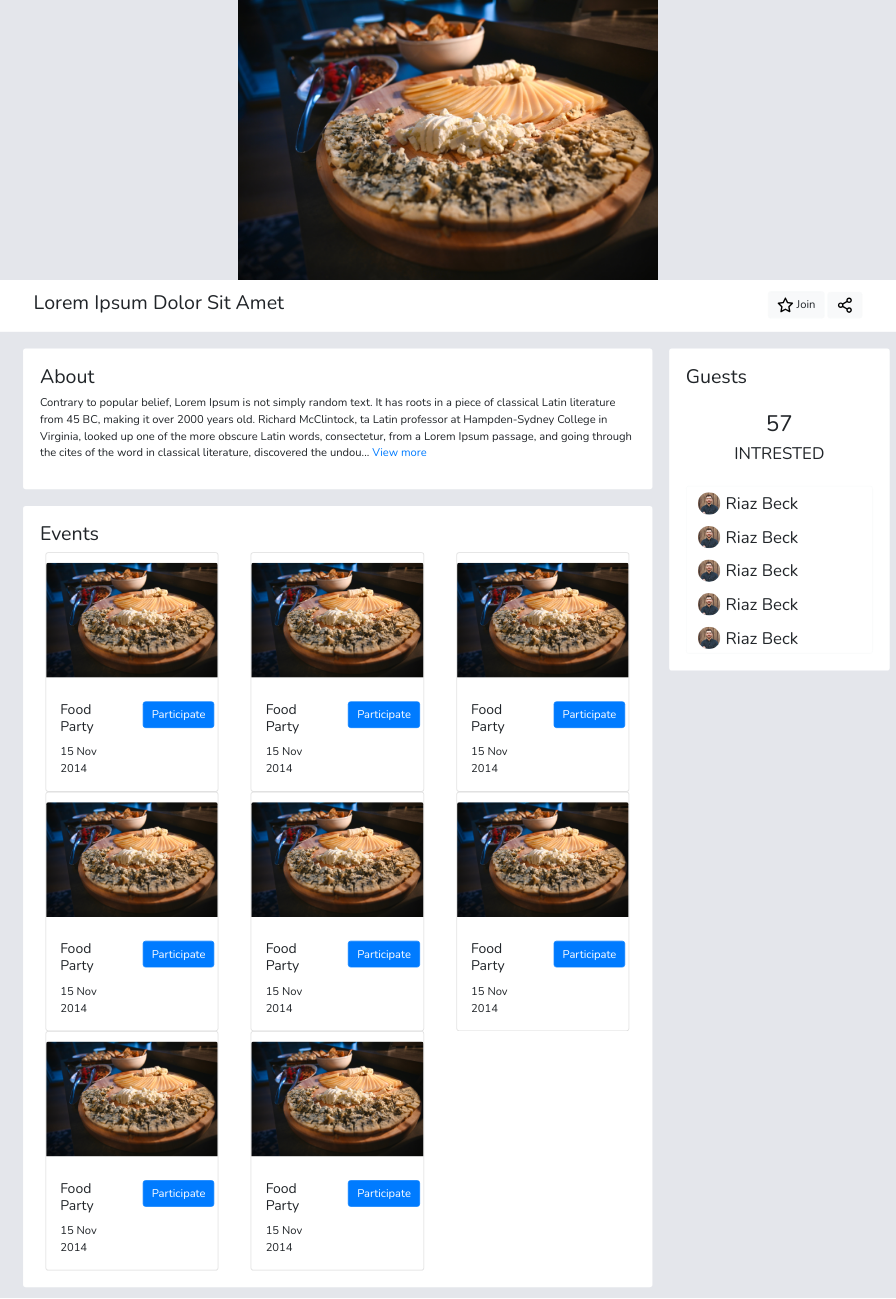
Repository: iamrachid/ensaevents
Page: club.html
An editor plug-in stored every save of this project. The page is shown before and after the next save, followed by the edit.
The browser window is 1280 px wide. The pictures show the whole page, at 70% of full size.

Above is the page before, as saved 2021-11-25 19:32:50.

### club.html
<html>

<head>
    <meta charset="UTF-8">
    <meta http-equiv="X-UA-Compatible" content="IE=edge">
    <meta name="viewport" content="width=device-width, initial-scale=1.0">
    <title>Document</title>
    <link rel="stylesheet" href="css/bootstrap.css">
    <link rel="stylesheet" href="css/style.css">
    <!-- Link Swiper's CSS -->
    <link rel="stylesheet" href="https://unpkg.com/swiper/swiper-bundle.min.css" />

    <link rel="preconnect" href="https://fonts.googleapis.com">
    <link rel="preconnect" href="https://fonts.gstatic.com" crossorigin>
    <link
        href="https://fonts.googleapis.com/css2?family=Nunito:ital,wght@0,200;0,300;0,400;0,600;0,700;0,800;0,900;1,200;1,300;1,400;1,600;1,700;1,800;1,900&display=swap"
        rel="stylesheet">
</head>

<body class="w-100">

    <div class="text-center bg-main d-flex justify-content-center">
        <img src="assets/img/card-1.jpg" class="cover-img">
    </div>
    <div class="py-3 px-md-5 px-3">
        <div class="row">
            <div class="col-md-8 col-12">
                <h3>Lorem Ipsum Dolor Sit Amet</h3>
            </div>
            <div class="col-md-4 col-12 d-flex justify-content-start justify-content-md-end">
                <div class="">

                    <button class="btn btn-light ">
                        <svg class="btn-icon">
                            <use xlink:href="assets/img/icons.svg#icon-star"></use>
                        </svg>
                        Join</button>
                    <button class="btn btn-light">
                        <svg class="btn-icon">
                            <use xlink:href="assets/img/icons.svg#icon-share-2"></use>
                        </svg>
                    </button>
                </div>
            </div>
        </div>
    </div>

    <div class="px-md-4 p-0 pb-3 bg-main">
        <div class="row">
            <div class="col-md-8 col-lg-9 col-12 px-4 px-md-3 px-lg-4">
                <div class="bg-white mt-4 p-4 rounded">
                    <h3>About</h3>
                    <!-- <div class="d-flex">
                        <svg class="detail-icon mr-2 mb-2">
                            <use xlink:href="assets/img/icons.svg#icon-users"></use>
                        </svg>
                        <span>69 people responded</span>
                    </div>
                    <div class="d-flex">
                        <svg class="detail-icon mr-2  mb-2">
                            <use xlink:href="assets/img/icons.svg#icon-user"></use>
                        </svg>
                        <span>Event By <strong>Club Social</strong></span>
                    </div>
                    <div class="d-flex">
                        <svg class="detail-icon mr-2 mb-2">
                            <use xlink:href="assets/img/icons.svg#icon-public"></use>
                        </svg>
                        <span>Public · Anyone can attend this event</span>
                    </div> -->
                    <p>
                        <span>
                            Contrary to popular belief, Lorem Ipsum is not simply random text. It has roots in a piece
                            of
                            classical
                            Latin literature from 45 BC, making it over 2000 years old. Richard McClintock, ta Latin
                            professor
                            at
                            Hampden-Sydney College in Virginia, looked up one of the more obscure Latin words,
                            consectetur,
                            from
                            a
                            Lorem Ipsum passage, and going through the cites of the word in classical literature,
                            discovered
                            the
                            undou</span><span class="collapse  multi-collapse show fast" id="dots">...</span>
                        <span class="collapse  multi-collapse fast" id="more-text">btable source. Lorem Ipsum comes from
                            sections
                            1.10.32 and 1.10.33 of "de Finibus Bonorum et
                            Malorum" (The Extremes of Good and Evil) by Cicero, written in 45 BC. This book is a
                            treatise on
                            the
                            theory of ethics, very popular during the Renaissance. The first line of Lorem Ipsum, "Lorem
                            ipsum
                            dolor
                            sit amet..", comes from a line in section 1.10.32.
                        </span>

                        <a class="collapse  multi-collapse fast" type="button" id="less" data-toggle="collapse"
                            data-target=".multi-collapse" aria-expanded="false"
                            aria-controls="dots more less more-text">View less</a>
                        <a class="collapse show  multi-collapse fast" type="button" id="more" data-toggle="collapse"
                            data-target=".multi-collapse" aria-expanded="false"
                            aria-controls="dots more less more-text">View more</a>
                    </p>
                </div>
                <div class="bg-white mt-4 p-4 rounded">
                    <h3>Events</h3>
                    <div class="row">
                        <div class="col-12 col-sm-6 col-xl-4 col-lg-6 col-md-12"">
                            <div class=" card rounded mx-0 mx-sm-1 mx-md-2">
                            <div class="card-img-box">
                                <img class="card-img-top" src="assets/img/card-1.jpg" alt="Card image cap">
                            </div>
                            <div class="card-body row">
                                <div class="col-6">
                                    <h5 class="card-title">Food Party</h5>
                                    <p class="card-text">15 Nov 2014</p>
                                </div>
                                <div class="col-6 text-right">
                                    <a href="#" class="btn btn-primary">Participate</a>
                                </div>
                            </div>
                        </div>
                    </div>
                    <div class="col-12 col-sm-6 col-xl-4 col-lg-6 col-md-12"">
                            <div class=" card rounded mx-0 mx-sm-1 mx-md-2">
                        <div class="card-img-box">
                            <img class="card-img-top" src="assets/img/card-1.jpg" alt="Card image cap">
                        </div>
                        <div class="card-body row">
                            <div class="col-6">
                                <h5 class="card-title">Food Party</h5>
                                <p class="card-text">15 Nov 2014</p>
                            </div>
                            <div class="col-6 text-right">
                                <a href="#" class="btn btn-primary">Participate</a>
                            </div>
                        </div>
                    </div>
                </div>
                <div class="col-12 col-sm-6 col-xl-4 col-lg-6 col-md-12"">
                            <div class=" card rounded mx-0 mx-sm-1 mx-md-2">
                    <div class="card-img-box">
                        <img class="card-img-top" src="assets/img/card-1.jpg" alt="Card image cap">
                    </div>
                    <div class="card-body row">
                        <div class="col-6">
                            <h5 class="card-title">Food Party</h5>
                            <p class="card-text">15 Nov 2014</p>
                        </div>
                        <div class="col-6 text-right">
                            <a href="#" class="btn btn-primary">Participate</a>
                        </div>
                    </div>
                </div>
            </div>
            <div class="col-12 col-sm-6 col-xl-4 col-lg-6 col-md-12"">
                            <div class=" card rounded mx-0 mx-sm-1 mx-md-2">
                <div class="card-img-box">
                    <img class="card-img-top" src="assets/img/card-1.jpg" alt="Card image cap">
                </div>
                <div class="card-body row">
                    <div class="col-6">
                        <h5 class="card-title">Food Party</h5>
                        <p class="card-text">15 Nov 2014</p>
                    </div>
                    <div class="col-6 text-right">
                        <a href="#" class="btn btn-primary">Participate</a>
                    </div>
                </div>
            </div>
        </div>
        <div class="col-12 col-sm-6 col-xl-4 col-lg-6 col-md-12"">
                            <div class=" card rounded mx-0 mx-sm-1 mx-md-2">
            <div class="card-img-box">
                <img class="card-img-top" src="assets/img/card-1.jpg" alt="Card image cap">
            </div>
            <div class="card-body row">
                <div class="col-6">
                    <h5 class="card-title">Food Party</h5>
                    <p class="card-text">15 Nov 2014</p>
                </div>
                <div class="col-6 text-right">
                    <a href="#" class="btn btn-primary">Participate</a>
                </div>
            </div>
        </div>
    </div>
    <div class="col-12 col-sm-6 col-xl-4 col-lg-6 col-md-12"">
                            <div class=" card rounded mx-0 mx-sm-1 mx-md-2">
        <div class="card-img-box">
            <img class="card-img-top" src="assets/img/card-1.jpg" alt="Card image cap">
        </div>
        <div class="card-body row">
            <div class="col-6">
                <h5 class="card-title">Food Party</h5>
                <p class="card-text">15 Nov 2014</p>
            </div>
            <div class="col-6 text-right">
                <a href="#" class="btn btn-primary">Participate</a>
            </div>
        </div>
    </div>
    </div>
    <div class="col-12 col-sm-6 col-xl-4 col-lg-6 col-md-12"">
                            <div class=" card rounded mx-0 mx-sm-1 mx-md-2">
        <div class="card-img-box">
            <img class="card-img-top" src="assets/img/card-1.jpg" alt="Card image cap">
        </div>
        <div class="card-body row">
            <div class="col-6">
                <h5 class="card-title">Food Party</h5>
                <p class="card-text">15 Nov 2014</p>
            </div>
            <div class="col-6 text-right">
                <a href="#" class="btn btn-primary">Participate</a>
            </div>
        </div>
    </div>
    </div>
    <div class="col-12 col-sm-6 col-xl-4 col-lg-6 col-md-12"">
                            <div class=" card rounded mx-0 mx-sm-1 mx-md-2">
        <div class="card-img-box">
            <img class="card-img-top" src="assets/img/card-1.jpg" alt="Card image cap">
        </div>
        <div class="card-body row">
            <div class="col-6">
                <h5 class="card-title">Food Party</h5>
                <p class="card-text">15 Nov 2014</p>
            </div>
            <div class="col-6 text-right">
                <a href="#" class="btn btn-primary">Participate</a>
            </div>
        </div>
    </div>
    </div>

    </div>
    </div>
    </div>
    <div class=" px-4 px-md-0 py-4 col-md-4 col-lg-3  col-sm-12 ">
        <div class="bg-white  p-4 rounded">
            <h3>Guests</h3>
            <div class="d-flex  justify-content-center py-4">
                <div class="d-flex flex-column align-items-center">
                    <h2 cla>57</h2>
                    <h4 class="text-uppercase">Intrested</h4>
                </div>

            </div>
            <div class="overflow-auto border-light border rounded users px-2">
                <div class="user d-flex align-items-center">
                    <img class="user-img m-2" src="assets/img/user.png" />
                    <span class="user-name">Riaz Beck</span>
                </div>
                <div class="user d-flex align-items-center">
                    <img class="user-img m-2" src="assets/img/user.png" />
                    <span class="user-name">Riaz Beck</span>
                </div>
                <div class="user d-flex align-items-center">
                    <img class="user-img m-2" src="assets/img/user.png" />
                    <span class="user-name">Riaz Beck</span>
                </div>
                <div class="user d-flex align-items-center">
                    <img class="user-img m-2" src="assets/img/user.png" />
                    <span class="user-name">Riaz Beck</span>
                </div>
                <div class="user d-flex align-items-center">
                    <img class="user-img m-2" src="assets/img/user.png" />
                    <span class="user-name">Riaz Beck</span>
                </div>
                <div class="user d-flex align-items-center">
                    <img class="user-img m-2" src="assets/img/user.png" />
                    <span class="user-name">Riaz Beck</span>
                </div>
                <div class="user d-flex align-items-center">
                    <img class="user-img m-2" src="assets/img/user.png" />
                    <span class="user-name">Riaz Beck</span>
                </div>
                <div class="user d-flex align-items-center">
                    <img class="user-img m-2" src="assets/img/user.png" />
                    <span class="user-name">Riaz Beck</span>
                </div>
                <div class="user d-flex align-items-center">
                    <img class="user-img m-2" src="assets/img/user.png" />
                    <span class="user-name">Riaz Beck</span>
                </div>
                <div class="user d-flex align-items-center">
                    <img class="user-img m-2" src="assets/img/user.png" />
                    <span class="user-name">Riaz Beck</span>
                </div>
            </div>
        </div>
    </div>
    </div>
    <script src="js/jquery-3.6.0.js">
    </script>
    <!-- Bootstrap -->
    <script src="js/bootstrap.js"></script>
    <!-- Swiper JS -->
    <script src="js/swiper-bundle.min.js"></script>

    <!-- Main script -->
    <script src="js/script.js"></script>

</body>

</html>

### css/style.css
@font-face {
    font-family: Forever;
    src: url(../font/Foreverbrushscript-GwZy.otf);
  }

html, body{
    font-family: "Nunito";
    font-weight: 400;
    width: 100%;
}
.hero {
    background: linear-gradient(45deg, rgba(173,225,255,1) 0%, rgba(186,175,255,1) 40%, rgba(175,255,182,1) 74%, rgba(175,255,182,1) 100%);
}
.btn-header {
    font-size: 1rem;
}

.heading-title {
    font-size: 5rem;
    font-weight: 800;
}
@media only screen and (max-width: 768px) {
    .heading-title {
        font-size: 4rem;
    }

    .padding-smallSize {
        padding: .5rem;
    }
}

.heading-title_white {
    color: #fafafa;
}
.heading-subtitle {
    color: #fafafa;
    letter-spacing: .2cm;
}
.search-bar {
    padding: .51rem 0.5rem;
    background-color: white;
    left: 50%;
    transform: translate(-50%,-50%);
    border-radius: 30px;
}

.search-btn {
    background-color: #b2d0ff;
    color: #fafafa;
    font-weight: 600;
}

.card-img-box {
    height: 12rem;
    overflow: hidden;
    display: flex;
    justify-content: center;
    align-items: center;
}

.forever {
    font-family: Forever;
    font-size:2rem
}

.bg-color-blue {
    background-color:#b2d0ff;
}

.gradient {
    background:linear-gradient(to right,rgba(149, 133, 255,1) 0%, rgba(186,175,255,1)  100%);
}

.menu-icon {
    width: 1.2rem;
    height: 1.2rem;
    fill: #fff;
}

.menu-active {
    border-left: 5px solid #fff;
}

.side-nav-link, .side-nav-link:hover {
    color: #fff;
}

.side-nav-item.active:hover {
    padding-right:5px;
}

.side-nav-item {
    transition: all  0.3s;
}

.side-nav-item:hover, .side-nav-item.active {
    border-left: 5px solid #fff;
    transition: all 0.3s;
}

.btn-purple {
    color: #fff;
    background-color: rgba(149, 133, 255,1);
    border-color: rgba(149, 133, 255,1);
}

.btn-purple:hover {
    color: #fff;
    background-color: rgba(186,175,255,1);
    border-color: rgba(186,175,255,1);
}

.detail-icon {
    height: 1.5rem;
    width: 1.5rem;
}

.users {
    height: 15rem;
}

.user-name {
    font-size:1.5rem;
}

.user-img {
    height: 2rem;
    width: 2rem;
    border-radius:50%;
}

.btn-icon {
    height: 1.5rem;
    width: 1.5rem;
}

.fast {
    transition: all 0s;
}

.bg-main {
    background-color: #e4e6eb !important;
}

.cover-img {
    width: 100%;
    max-width: 600px;
}

/* Reviews */

.rating-icon {
    fill: #FBC02D;
    height: 1rem;
    width: 1rem;
}

.review-card {
    border-radius: 5px;
    background-color: #fff;
    background-color: #fafafa;
    padding-left: 60px;
    padding-right: 60px;
    margin-top: 30px;
    padding-top: 30px;
    padding-bottom: 30px
}

.rating-box {
    width: 130px;
    height: 130px;
    margin-right: auto;
    margin-left: auto;
    background-color: #FBC02D;
    color: #fff
}

.rating-label {
    font-weight: bold
}

.rating-bar {
    width: 300px;
    padding: 8px;
    border-radius: 5px
}

.bar-container {
    width: 100%;
    background-color: #f1f1f1;
    text-align: center;
    color: white;
    border-radius: 20px;
    cursor: pointer;
    margin-bottom: 5px
}

.bar-5 {
    width: 70%;
    height: 13px;
    background-color: #FBC02D;
    border-radius: 20px
}

.bar-4 {
    width: 30%;
    height: 13px;
    background-color: #FBC02D;
    border-radius: 20px
}

.bar-3 {
    width: 20%;
    height: 13px;
    background-color: #FBC02D;
    border-radius: 20px
}

.bar-2 {
    width: 10%;
    height: 13px;
    background-color: #FBC02D;
    border-radius: 20px
}

.bar-1 {
    width: 0%;
    height: 13px;
    background-color: #FBC02D;
    border-radius: 20px
}


.star-active {
    color: #FBC02D;
    margin-top: 10px;
    margin-bottom: 10px
}

.star-active:hover {
    color: #F9A825;
    cursor: pointer
}

.star-inactive {
    color: #CFD8DC;
    margin-top: 10px;
    margin-bottom: 10px
}

.blue-text {
    color: #0091EA
}

.content {
    font-size: 18px
}

.profile-pic {
    width: 90px;
    height: 90px;
    border-radius: 100%;
    margin-right: 30px
}

.pic {
    width: 80px;
    height: 80px;
    margin-right: 10px
}

### js/script.js
var swiper = new Swiper(".events", {
    pagination: {
      el: ".swiper-pagination",
      clickable: true,
    }
    ,
    breakpoints: {
      640: {
        slidesPerView: 1,
        spaceBetween: 20,
      },
      768: {
        slidesPerView: 2,
        spaceBetween: 40,
      },
      1024: {
        slidesPerView: 3,
        spaceBetween: 50,
      },
    },

  })

  var swiper = new Swiper(".clubs", {
    spaceBetween: 10,
    autoplay: {
      delay: 3000,
      // TODO: this should be false
      disableOnInteraction: false,
    },
    pagination: {
      el: ".swiper-pagination",
      clickable: true,
    },
    navigation: {
      nextEl: ".swiper-button-next",
      prevEl: ".swiper-button-prev",
    },
    breakpoints: {
      640: {
        slidesPerView: 2,
        spaceBetween: 20,
      },
      768: {
        slidesPerView: 3,
        spaceBetween: 40,
      },
      1024: {
        slidesPerView: 5,
        spaceBetween: 50,
      },
    }
  });;

Loaded but not shown: css/bootstrap.css (library); js/jquery-3.6.0.js (library); js/bootstrap.js (library); js/swiper-bundle.min.js (library)

After the next save:
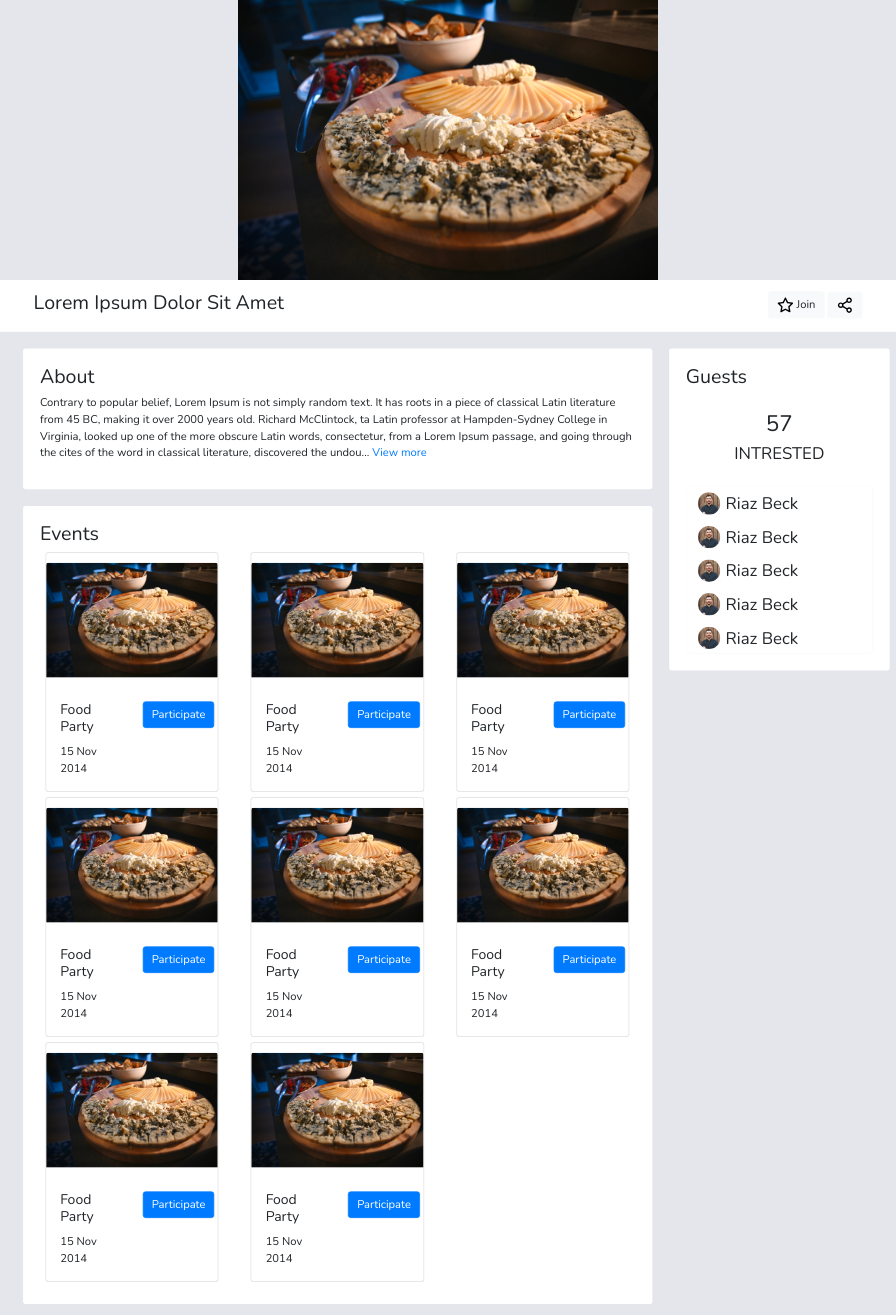
Saved 54 s later.
--- a/club.html
+++ b/club.html
@@ -108,7 +108,7 @@
                     <h3>Events</h3>
                     <div class="row">
                         <div class="col-12 col-sm-6 col-xl-4 col-lg-6 col-md-12"">
-                            <div class=" card rounded mx-0 mx-sm-1 mx-md-2">
+                            <div class=" card rounded mx-0 mx-sm-1 mx-md-2 mb-2">
                             <div class="card-img-box">
                                 <img class="card-img-top" src="assets/img/card-1.jpg" alt="Card image cap">
                             </div>
@@ -124,7 +124,7 @@
                         </div>
                     </div>
                     <div class="col-12 col-sm-6 col-xl-4 col-lg-6 col-md-12"">
-                            <div class=" card rounded mx-0 mx-sm-1 mx-md-2">
+                            <div class=" card rounded mx-0 mx-sm-1 mx-md-2 mb-2">
                         <div class="card-img-box">
                             <img class="card-img-top" src="assets/img/card-1.jpg" alt="Card image cap">
                         </div>
@@ -140,7 +140,7 @@
                     </div>
                 </div>
                 <div class="col-12 col-sm-6 col-xl-4 col-lg-6 col-md-12"">
-                            <div class=" card rounded mx-0 mx-sm-1 mx-md-2">
+                            <div class=" card rounded mx-0 mx-sm-1 mx-md-2 mb-2">
                     <div class="card-img-box">
                         <img class="card-img-top" src="assets/img/card-1.jpg" alt="Card image cap">
                     </div>
@@ -156,7 +156,7 @@
                 </div>
             </div>
             <div class="col-12 col-sm-6 col-xl-4 col-lg-6 col-md-12"">
-                            <div class=" card rounded mx-0 mx-sm-1 mx-md-2">
+                            <div class=" card rounded mx-0 mx-sm-1 mx-md-2 mb-2">
                 <div class="card-img-box">
                     <img class="card-img-top" src="assets/img/card-1.jpg" alt="Card image cap">
                 </div>
@@ -172,7 +172,7 @@
             </div>
         </div>
         <div class="col-12 col-sm-6 col-xl-4 col-lg-6 col-md-12"">
-                            <div class=" card rounded mx-0 mx-sm-1 mx-md-2">
+                            <div class=" card rounded mx-0 mx-sm-1 mx-md-2 mb-2">
             <div class="card-img-box">
                 <img class="card-img-top" src="assets/img/card-1.jpg" alt="Card image cap">
             </div>
@@ -188,7 +188,7 @@
         </div>
     </div>
     <div class="col-12 col-sm-6 col-xl-4 col-lg-6 col-md-12"">
-                            <div class=" card rounded mx-0 mx-sm-1 mx-md-2">
+                            <div class=" card rounded mx-0 mx-sm-1 mx-md-2 mb-2">
         <div class="card-img-box">
             <img class="card-img-top" src="assets/img/card-1.jpg" alt="Card image cap">
         </div>
@@ -204,7 +204,7 @@
     </div>
     </div>
     <div class="col-12 col-sm-6 col-xl-4 col-lg-6 col-md-12"">
-                            <div class=" card rounded mx-0 mx-sm-1 mx-md-2">
+                            <div class=" card rounded mx-0 mx-sm-1 mx-md-2 mb-2">
         <div class="card-img-box">
             <img class="card-img-top" src="assets/img/card-1.jpg" alt="Card image cap">
         </div>
@@ -220,7 +220,7 @@
     </div>
     </div>
     <div class="col-12 col-sm-6 col-xl-4 col-lg-6 col-md-12"">
-                            <div class=" card rounded mx-0 mx-sm-1 mx-md-2">
+                            <div class=" card rounded mx-0 mx-sm-1 mx-md-2 mb-2">
         <div class="card-img-box">
             <img class="card-img-top" src="assets/img/card-1.jpg" alt="Card image cap">
         </div>
